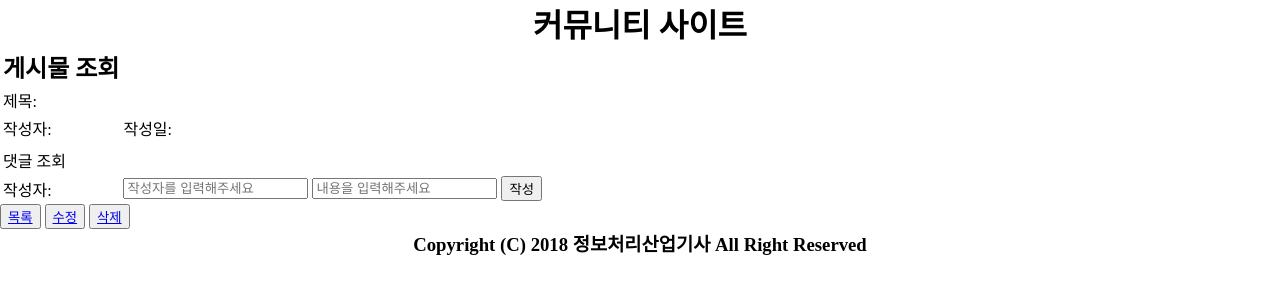
Repository: Tor1a/SpringSet
Page: http://localhost/practice01/WEB-INF/views/post/Lookup.jsp
An editor plug-in stored every save of this project. The page is shown before and after the next save, followed by the edit.
The browser window is 1280 px wide. The pictures show the whole page.
The page is served by Tomcat 9. Nobody is signed in. Other server files are loaded and not shown. The template is opened directly, without the code that normally fills it, so the values that code supplies are empty.

Above is the page before, as saved 2022-04-15 08:16:51.
Console error: ReferenceError: getParmeter is not defined

### practice01/src/main/webapp/WEB-INF/views/post/Lookup.jsp
<%@ page language="java" contentType="text/html; charset=UTF-8"
	pageEncoding="UTF-8"%>
<%@ taglib prefix="c" uri="http://java.sun.com/jsp/jstl/core"%>
<%@ include file="../include/header.jsp"%>

<script src="${pageContext.request.contextPath}/resources/js/post/commentAdd.js"></script>
<table>
	<thead>
		<tr>
			<td><h2>게시물 조회</h2></td>
		</tr>
	</thead>
	<tbody>
		<tr>
			<td>제목: ${vo.subject}</td>
		</tr>
		<tr>
			<td>작성자: ${vo.writer}</td>
			<td>작성일: ${vo.date}</td>
		</tr>
		<tr>
			<td>${vo.content}</td>
		</tr>
		<tr>
			<td>댓글 조회</td>
		</tr>
		<c:forEach var="list" items="${list}">
			<tr>
				<td>${list.writer} / ${list.content} / ${list.date} / <a
					href="CommentDel.do?idx=${list.bidx}&bidx=${vo.idx}">삭제</a>
				</td>
			</tr>
		</c:forEach>
	</tbody>
	<form id="commentAddForm">
		<input type="hidden" name="bidx" value="${vo.idx}">
		<tr>
			<td>작성자:</td>
			<td><input type="text" id="cmWriter" name="writer"placeholder="작성자를 입력해주세요"></td>
			<td><input type="text" id="cmContent" name="content" placeholder="내용을 입력해주세요"></td>
			<td><input type="button" value="작성" onclick="addCheck()"></td>
		</tr>
			</form>
</table>

	<button type="button"><a href="/controller">목록</a></button>
	<button type="button" onclick="update()"><a href="updatForm.do?idx=${vo.idx}">수정</a></button>
	<button type="button"><a href="delete.do?idx=${vo.idx}">삭제</a></button>


<%@ include file="../include/footer.jsp"%>

### practice01/src/main/webapp/WEB-INF/views/include/header.jsp
<%@ page language="java" contentType="text/html; charset=UTF-8"    pageEncoding="UTF-8"%>
<%@ taglib prefix="c" uri="http://java.sun.com/jsp/jstl/core" %>
<%@ taglib prefix="fmt" uri="http://java.sun.com/jsp/jstl/fmt" %>

<!DOCTYPE html>
<html>
<head>

<meta charset="UTF-8">
<script src="${pageContext.request.contextPath}/resources/js/jquery-3.6.0.min.js">
</script>
<link rel="stylesheet" href="${pageContext.request.contextPath}/resources/css/header.css">

</head>
<body>

    <h1>커뮤니티 사이트</h1>

### practice01/src/main/webapp/WEB-INF/views/include/footer.jsp
<%@ page language="java" contentType="text/html; charset=UTF-8"    pageEncoding="UTF-8"%>
<link rel="stylesheet" href="${pageContext.request.contextPath}/resources/css/footer.css">


<h3>Copyright (C) 2018 정보처리산업기사 All Right Reserved</h3>

</body>
</html>

### practice01/src/main/webapp/resources/css/header.css
@charset "UTF-8";
body, h1, h2, h3, h4, h5, p, ul, li, ol, dd, dt, dl { padding: 0; margin: 0; }

ul {list-style: none;}

a:hover{text-decoration: none;}

body{height: 100%;}

.sub{dispaly:flex; justify-content: space-between; flex-direction: row; flex-wrap: nowrap;}
.mainMenu {display: flex; justify-content: space-around; flex-direction: row; flex-wrap: nowrap;}

h1 {text-align: center;}

### practice01/src/main/webapp/resources/js/post/commentAdd.js
function addCheck(){
	if($("#cmWriter").val() == ""){
		alert("작성자를 입력해주세요");
		$("#cmWriter").focus();
		return;
	}else if($("#cmContent").val() == ""){
		alert("내용을 입력해주세요");
		$("#cmContent").focus();
		return;
	}else{
		var form = document.getElementById('commentAddForm');
		form.action="CommentAdd.do";
		form.method = "POST";
		form.submit();
	}
}

var idx = getParmeter("idx");

function update(){
	var idx = document.getElementById('vo.idx');
	location.href = "updatForm.do?idx="+idx;
}

### practice01/src/main/webapp/resources/css/footer.css
@charset "UTF-8";
body, h1, h2, h3, h4, h5, p, ul, li, ol, dd, dt, dl { padding: 0; margin: 0; }

ul {list-style: none;}

a:hover{text-decoration: none;}

body{height: 100%;}

h3 {text-align: center;}

Loaded but not shown: practice01/src/main/webapp/resources/js/jquery-3.6.0.min.js (library)

After the next save:
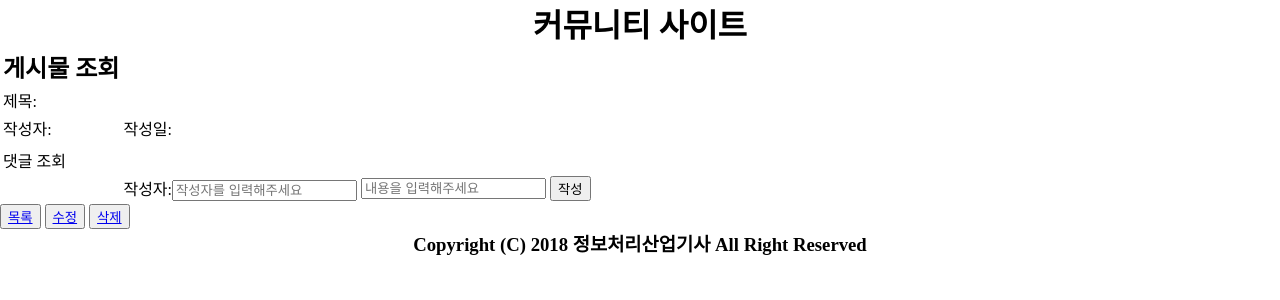
Saved 13 min 6 s later.
--- a/practice01/src/main/webapp/WEB-INF/views/post/Lookup.jsp
+++ b/practice01/src/main/webapp/WEB-INF/views/post/Lookup.jsp
@@ -35,8 +35,8 @@
 	<form id="commentAddForm">
 		<input type="hidden" name="bidx" value="${vo.idx}">
 		<tr>
-			<td>작성자:</td>
-			<td><input type="text" id="cmWriter" name="writer"placeholder="작성자를 입력해주세요"></td>
+			<td></td>
+			<td>작성자:<input type="text" id="cmWriter" name="writer"placeholder="작성자를 입력해주세요"></td>
 			<td><input type="text" id="cmContent" name="content" placeholder="내용을 입력해주세요"></td>
 			<td><input type="button" value="작성" onclick="addCheck()"></td>
 		</tr>
